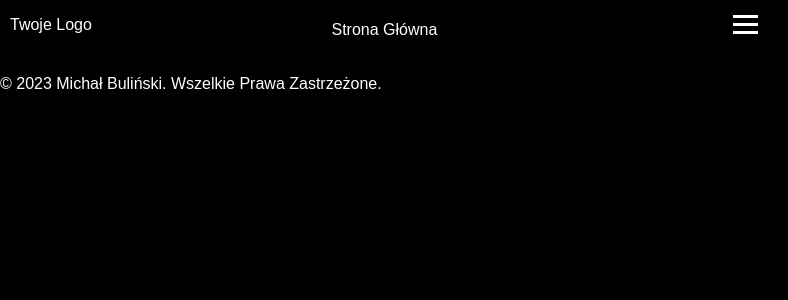
Repository: DevMike1993/my_website
Page: index.html
The author's editor kept a copy of each file at every save. The page is drawn from the files as they stood at one save, then again after a run of saves.
The browser window is 768 px wide. The page is 788 px wide, so the pictures cover 788 px, including what lies to the right of the window. The pictures show the whole page.

Above is the page before, as saved 2024-01-02 22:00:56.

### index.html
<!DOCTYPE html>
<html lang="en">
<head>
    <meta charset="UTF-8">
    <meta name="viewport" content="width=device-width, initial-scale=1.0">
    <link rel="stylesheet" href="style.css">
    <title>Strona Główna</title>
</head>
<body>
    <div class="navbar">
        <div class="logo">Twoje Logo</div>
        <div class="menu-icon" onclick="toggleMenu()">
            <div class="bar"></div>
            <div class="bar"></div>
            <div class="bar"></div>
        </div>
        <div class="header">Strona Główna</div>
        <div class="menu">
            <a href="index.html" class="menu-item active">Strona Główna</a>
            <a href="gallery.html" class="menu-item">Galeria</a>
            <a href="about.html" class="menu-item">O Mnie</a>
            <a href="contact.html" class="menu-item">Kontakt</a>
        </div>
    </div>

    <!-- Treść strony -->

    <script src="script.js"></script>

    <!-- Stopka -->
    <footer>
        <p>&copy; 2023 Michał Buliński. Wszelkie Prawa Zastrzeżone.</p>
    </footer>

</body>
</html>

### style.css
body {
    margin: 0;
    font-family: 'Arial', sans-serif;
    background-color: #000; /* Czarne tło stron */
    color: #fff; /* Białe czcionki */
}

/* Styl dla domyślnego widoku*/

.navbar {
    background-color: transparent; /* Tło transparentne */
    padding: 10px;
    display: flex;
    justify-content: space-between;
    align-items: center;
}

.logo {
    /* Stylizacja dla logo */
    max-width: 100px; /* Dostosuj szerokość logo */
    color: #fff; /* Kolor tekstu w logo */
}

.menu-icon {
    cursor: pointer;
    display: none; /* Domyślnie ukryta ikona hamburgera */
}

.bar {
    width: 25px;
    height: 3px;
    background-color: #fff;
    margin: 5px 0;
}

.header {
    display: none; /* Ukryj nagłówek w domyślnym widoku */
}

.menu {
    display: flex;
}

.menu-item {
    color: #fff;
    margin: 0 15px;
    text-decoration: none;
}

.menu-item.active {
    font-weight: bold;
}

/* Styl dla mobilnego widoku*/

@media only screen and (max-width: 768px) {
    .navbar {
        background-color: #000; /* Domyślne tło navbara na mniejszych ekranach */
        flex-direction: row;
        justify-content: space-between;
        align-items: center;
        width: 100%; /* Szerokość navbara na całą szerokość ekranu */
    }

    .logo {
        order: 1; /* Logo na początku w widoku mobilnym */
        margin-bottom: 10px; /* Dodatkowy odstęp pod logiem */
        margin-top: 0; /* Zresetuj odstęp nad logiem */
    }

    .menu-icon {
        display: block; /* Wyświetl ikonę hamburgera na mniejszych ekranach */
        order: 3; /* Ikona hamburgera na końcu w widoku mobilnym */
        margin-bottom: 10px; /* Dodatkowy odstęp pod ikoną */
        margin-right: 20px; /* Przesuń ikonę menu w prawo o 20px */
    }

    .header {
        display: block; /* Wyświetl nagłówek w widoku mobilnym */
        order: 2; /* Nagłówek po logo w widoku mobilnym */
        margin-top: 0px; /* Drobna korekta marginesu, aby być idealnie na środku */
        margin-right: 3.5rem;
        text-align: center; /* Wyśrodkuj tekst w nagłówku */
    }

    .menu {
        display: none; /* Ukryj menu w domyślnym widoku */
        order: 4; /* Menu na końcu w widoku mobilnym */
    }

    .menu.show {
        display: flex; /* Pokaż menu po kliknięciu w ikonę hamburgera */
        flex-direction: column; /* Wyświetl menu pionowo */
        align-items: center; /* Wyśrodkuj elementy menu */
        position: absolute;
        top: 60px; /* Ustaw menu poniżej navbara */
        right: 0; /* Przesuń menu na prawo */
        width: 100%; /* Szerokość menu na całą szerokość ekranu */
    }

    .menu-item {
        text-align: center; /* Wyśrodkowanie tekstu w menu na mniejszych ekranach */
        margin: 10px 0; /* Dodatkowy odstęp między elementami menu */
    }
}

### script.js
function toggleMenu() {
    const menu = document.querySelector(".menu");
    menu.classList.toggle("show");
}

After the next 4 saves:
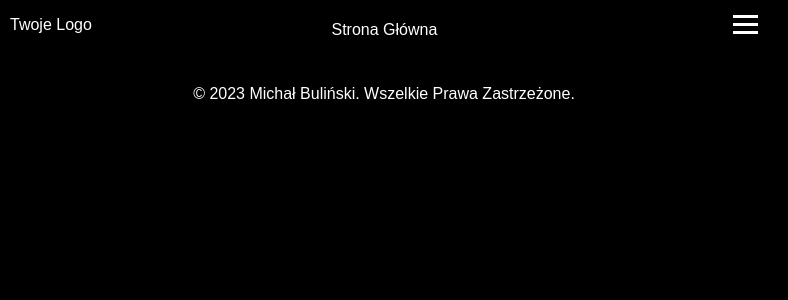
The 4 saves are shown as one change because they came seconds apart.
The last was saved 105 s later.
--- a/style.css
+++ b/style.css
@@ -102,4 +102,11 @@
         text-align: center; /* Wyśrodkowanie tekstu w menu na mniejszych ekranach */
         margin: 10px 0; /* Dodatkowy odstęp między elementami menu */
     }
+
+    footer {
+        background-color: #000;
+        color: #fff;
+        text-align: center;
+        padding: 10px;
+    }
 }
